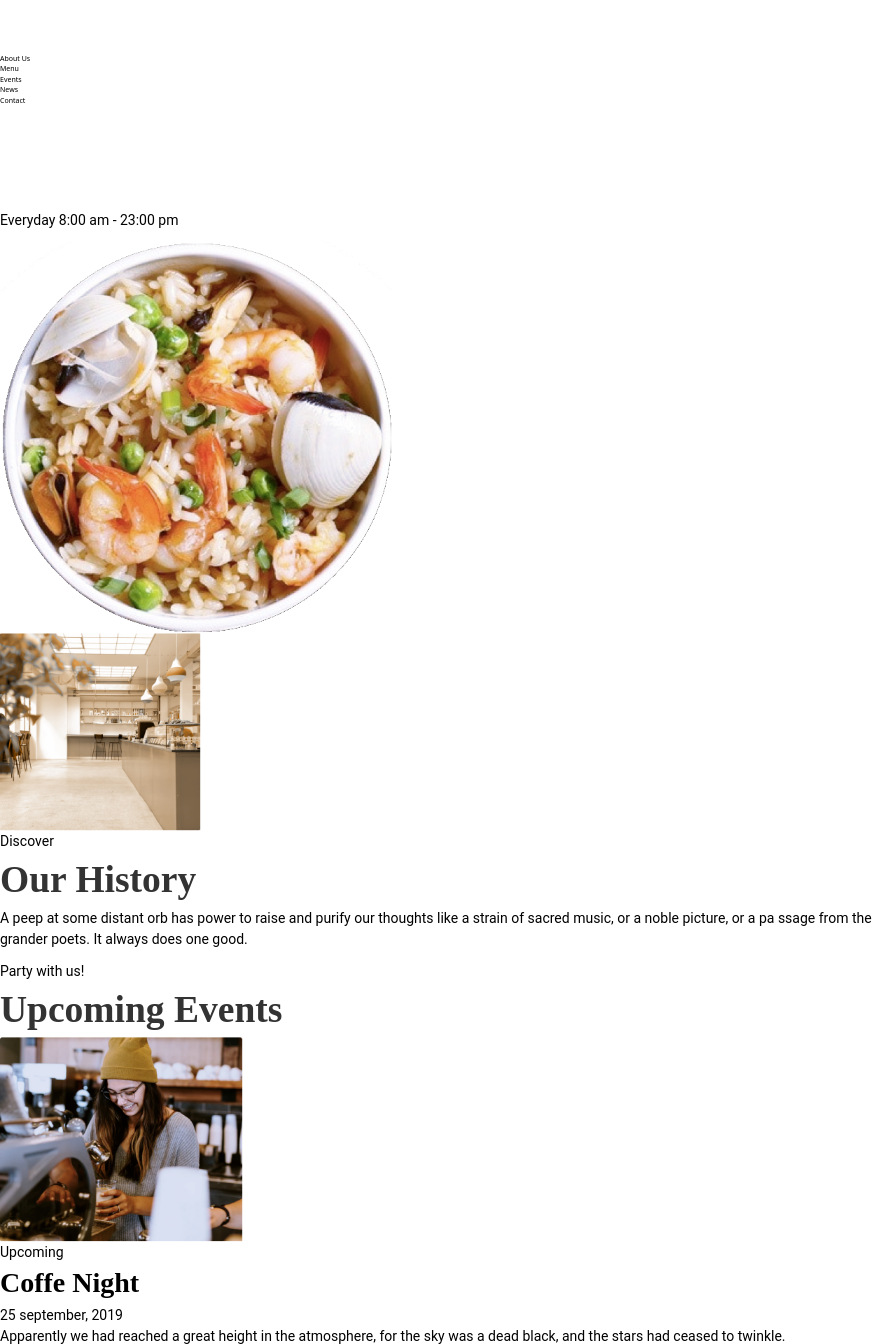
Repository: murilopellis-12/Tailwind-Prova
Page: index.html
These files come from the project's save history. The page is drawn as it stood at one moment and after a run of saves; the edit follows.
The browser window is 1280 px wide. The pictures show the part of the page from y = 0 to 1920 px (the page is 4731 px tall before and 4767 px after), at 70% of full size.

Above is the page before, as saved 2026-10-26 19:08:24.
Not found: style.css

After the next 5 saves:
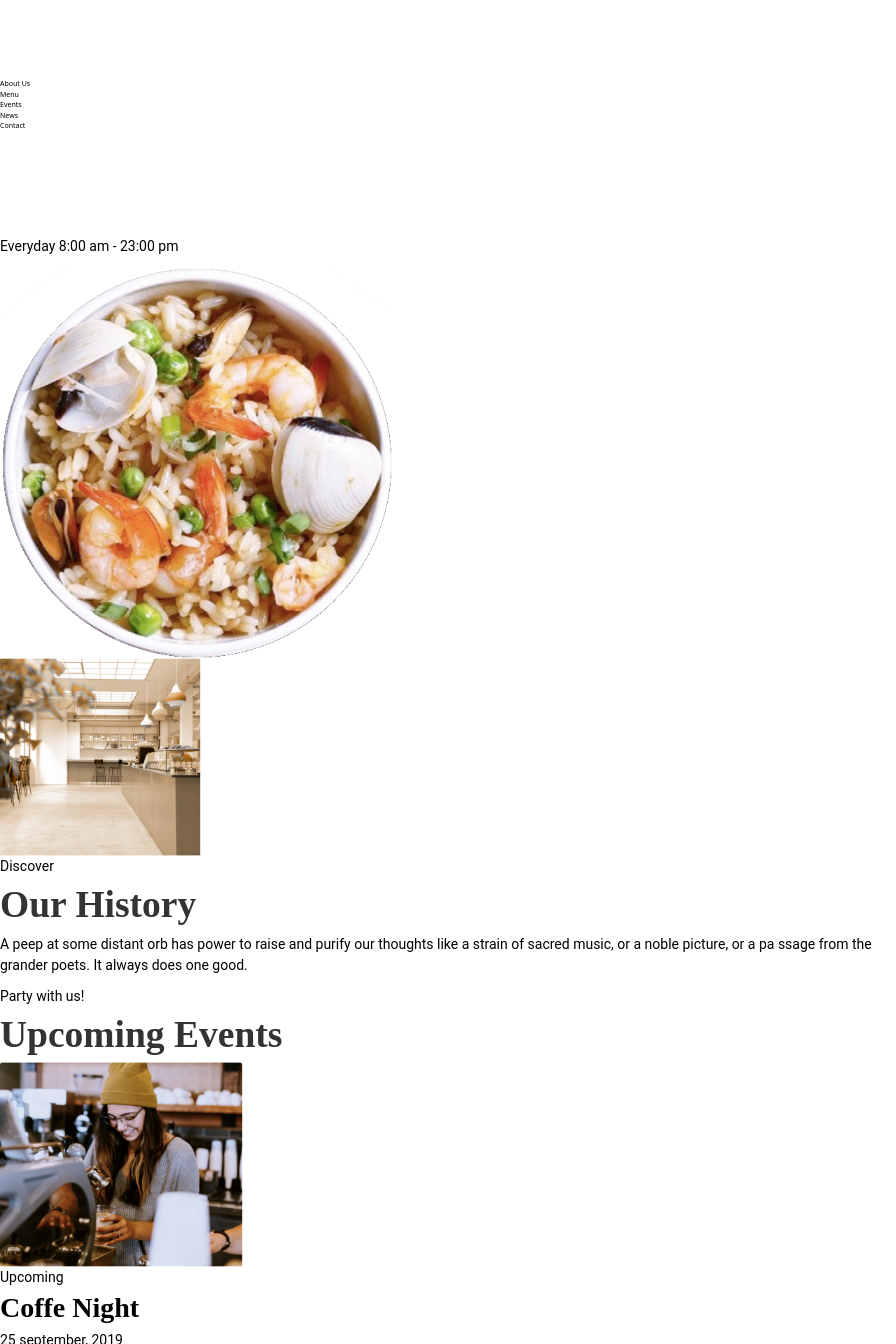
The 5 saves are shown as one change because they came seconds apart.
The last was saved 12 s later.
--- a/index.html
+++ b/index.html
@@ -86,7 +86,7 @@
           >
         </div>
         <div class="menu-hamburguer-div">
-          <button id="botao-menu-hamburguer" class="w-[]">
+          <button id="botao-menu-hamburguer" class="w-[4.8rem] h-[4.8rem] ">
             <img
               src="img/menu-hamburguer.png"
               alt="menu hamburguer do header"
